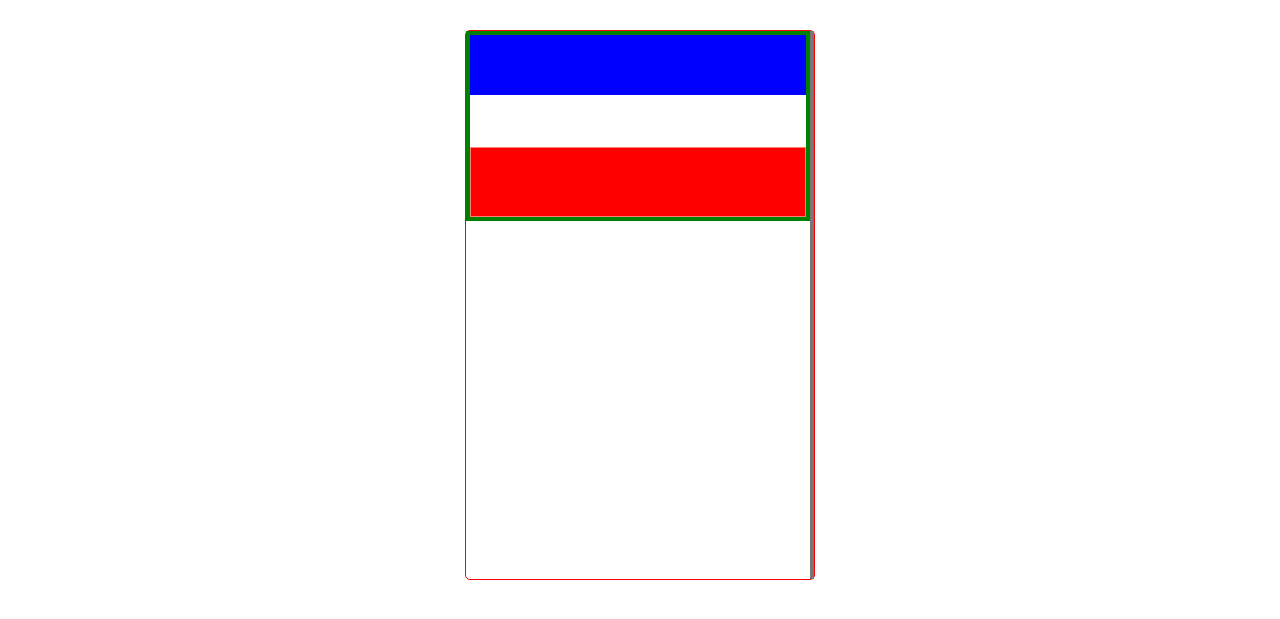
Repository: OfirLana/Calculator
Page: index.html
The author's editor kept a copy of each file at every save. The page is drawn from the files as they stood at one save, then again after the next save.
The browser window is 1280 px wide. The pictures show the whole page.

Above is the page before, as saved 2019-03-12 17:43:48.

### index.html
<!DOCTYPE html>
<html lang="en">

<head>
    <meta charset="UTF-8">
    <meta name="viewport" content="width=device-width, initial-scale=1.0">
    <meta http-equiv="X-UA-Compatible" content="ie=edge">
    <link href="https://fonts.googleapis.com/css?family=Lato:100,300,400,700,900" rel="stylesheet">
    <title>Document</title>
    <link rel="stylesheet" href="style.css">
</head>

<body>
    <div class="calculator">
        <div class="out_put_box">
            <div class="main_out_put">
            </div>
            <div class="sub_out_put">
            </div>
        </div>


        <div class="opeartor_box">



        </div>








    </div>
    <script src="index.js"></script>
</body>

</html>

### style.css
* {
    margin: 0;
    padding: 0;
    box-sizing: border-box;
}

html {
    font-size: 62.5%;
}

body {
    font-family: "Lato", sans-serif;
    font-weight: 400;
    font-size: 1.6rem;
    line-height: 1.7;
    color: #777;
    padding: 3rem;
}

.calculator {
    display: flex;
    margin: 0 auto;
    width: 35rem;
    height: 55rem;
    border: 1px solid red;
    border-radius: 5px;
}

.out_put_box {
    display: flex;
    flex-direction: column;
    height: 19rem;
    border: 4px solid green;
    width: 100%;
    justify-content: space-between
}

.main_out_put {
    display: flex;
    border: 1px solid blue;
    height: 6rem;
    background:blue;

}

.sub_out_put {
    display: flex;
    border: 1px solid salmon;
    height: 7rem;
    background:red;
}

.opeartor_box{
    border:2px solid
}

Loaded but not shown: index.js (no copy from this time; the picture is the same without it)

After the next save:
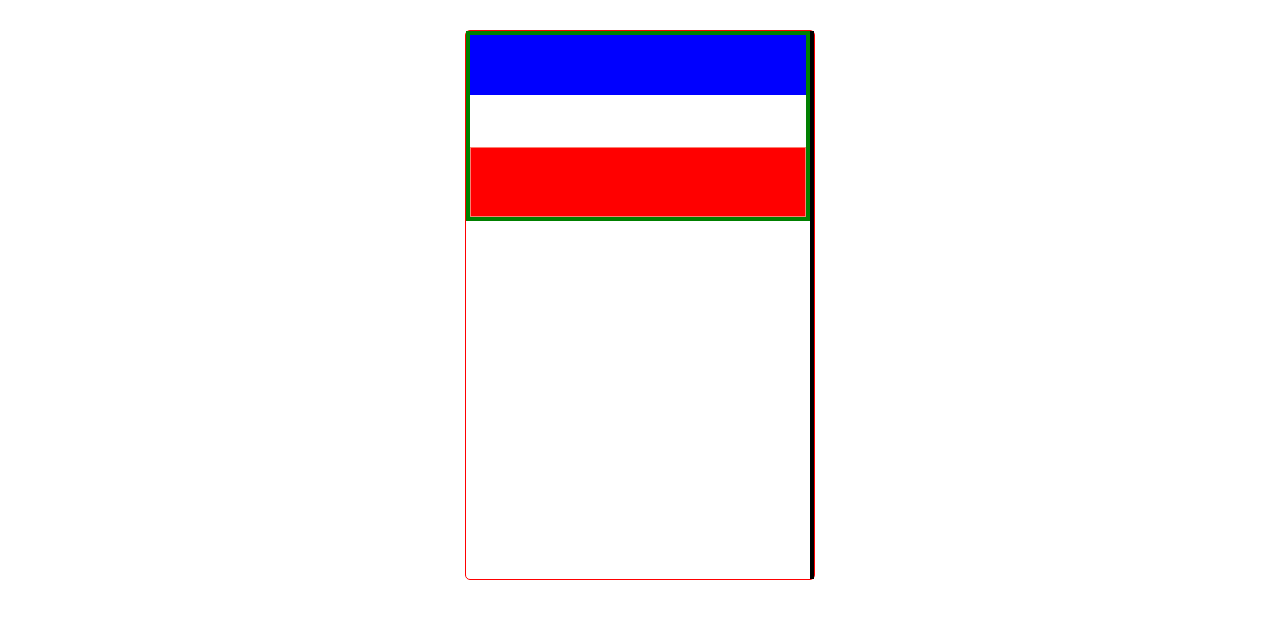
Saved 7 s later.
--- a/style.css
+++ b/style.css
@@ -51,5 +51,5 @@ body {
 }
 
 .opeartor_box{
-    border:2px solid
+    border:2px solid black;
 }
